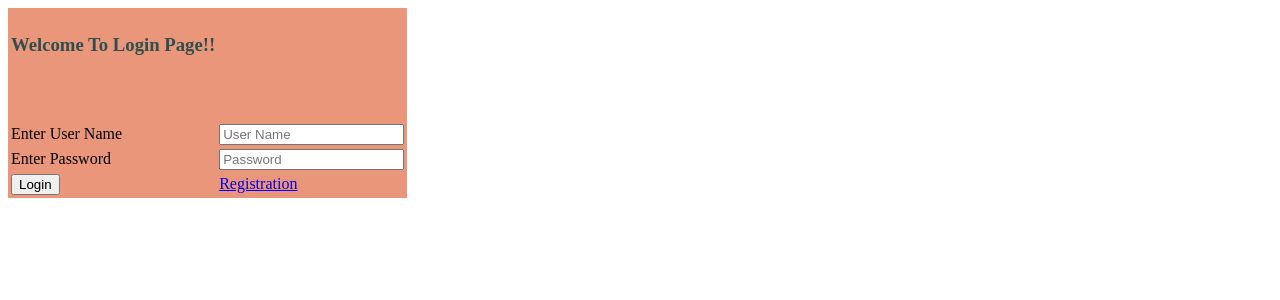
Repository: Pramila0526/LoginRegistrationUsingFilters
Page: http://localhost/LoginAndRegistration/login.jsp
An editor plug-in stored every save of this project. The page is shown before and after the next save, followed by the edit.
The browser window is 1280 px wide. The pictures show the whole page.
The page is served by Tomcat 9. Other server files are loaded and not shown.

Above is the page before, as saved 2019-12-27 05:51:41.

### LoginAndRegistration/WebContent/login.jsp
<%@ page language="java" contentType="text/html; charset=UTF-8"
	pageEncoding="UTF-8"%>
<!DOCTYPE html>
<html>
<head>
<meta charset="UTF-8">
<title>Insert title here</title>
</head>
<body>
	<form action="Login" method="post">
		<table style="background-color: DarkSalmon;">
		<tr>
				<td></td>
			</tr>
			<tr>
				<td><h3 style="color: darkslategray;">Welcome To Login
						Page!!</h3></td>
			</tr>
			<tr>
				<td><h3 style="color: darkslategray;">${successMessage}</h3></td>
			</tr>

			<tr>
				<td><h3 style="color: darkslategray;">${message}</h3></td>
			</tr>

			<tr>
				<td>Enter User Name</td>
				<td><input type="text" name="userName" placeholder="User Name"></td>
			</tr>
			<tr>
				<td>Enter Password</td>
				<td><input type="password" name="password" placeholder="Password"></td>
			</tr>

			<tr>
				<td><input type="submit" name="Login" value="Login"></td>
				<td><a href="register.jsp">Registration</a></td>
			</tr>
		</table>
	</form>
</body>
</html>

After the next save:
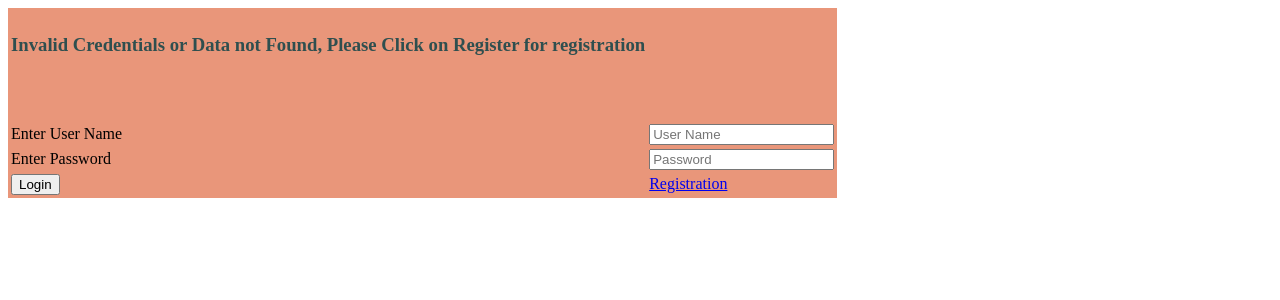
Saved 41 s later.
--- a/LoginAndRegistration/WebContent/login.jsp
+++ b/LoginAndRegistration/WebContent/login.jsp
@@ -13,8 +13,8 @@
 				<td></td>
 			</tr>
 			<tr>
-				<td><h3 style="color: darkslategray;">Welcome To Login
-						Page!!</h3></td>
+				<td><h3 style="color: darkslategray;">Invalid Credentials or
+							Data not Found, Please Click on Register for registration</h3></td>
 			</tr>
 			<tr>
 				<td><h3 style="color: darkslategray;">${successMessage}</h3></td>
